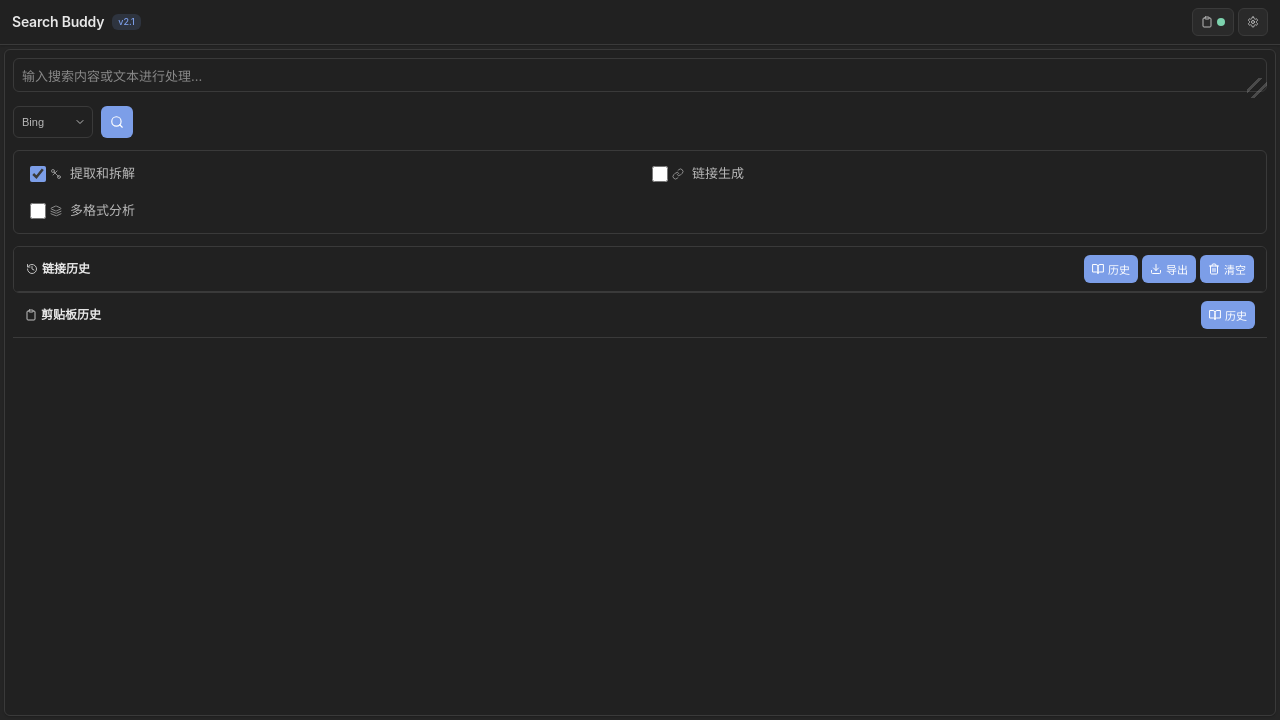
Repository: SantaChains/search-enhance
Page: src/popup/index.html
An editor plug-in stored every save of this project. The page is shown before and after the next save, followed by the edit.
The browser window is 1280 px wide. The pictures show the whole page.

Above is the page before, as saved 2026-01-24 15:07:27.

### src/popup/index.html
<!DOCTYPE html>
<html lang="zh-CN">
<head>
    <meta charset="UTF-8">
    <meta name="viewport" content="width=device-width, initial-scale=1.0">
    <title>Enhance Search Buddy</title>
    <link rel="stylesheet" href="new-style.css">
</head>
<body>
    <div class="app-container" id="resizable-container">
        <!-- 顶部导航栏 -->
        <header class="header">
            <div class="header-content">
                <h1>Search Buddy</h1>
                <span class="version-badge">v2.1</span>
            </div>
            <div class="header-actions">
                <button id="clipboard-btn" class="header-btn" title="剪贴板监控">
                    <svg xmlns="http://www.w3.org/2000/svg" width="16" height="16" viewBox="0 0 24 24" fill="none" stroke="currentColor" stroke-width="2" stroke-linecap="round" stroke-linejoin="round" class="lucide lucide-clipboard">
                        <rect width="8" height="4" x="8" y="2" rx="1" ry="1"/>
                        <path d="M16 4h2a2 2 0 0 1 2 2v14a2 2 0 0 1-2 2H6a2 2 0 0 1-2-2V6a2 2 0 0 1 2-2h2"/>
                    </svg>
                    <span class="clipboard-status"></span>
                </button>
                <button id="settings-btn" class="header-btn" title="设置">
                    <svg xmlns="http://www.w3.org/2000/svg" width="16" height="16" viewBox="0 0 24 24" fill="none" stroke="currentColor" stroke-width="2" stroke-linecap="round" stroke-linejoin="round" class="lucide lucide-settings">
                        <path d="M12.22 2h-.44a2 2 0 0 0-2 2v.18a2 2 0 0 1-1 1.73l-.43.25a2 2 0 0 1-2 0l-.15-.08a2 2 0 0 0-2.73.73l-.22.38a2 2 0 0 0 .73 2.73l.15.1a2 2 0 0 1 1 1.72v.51a2 2 0 0 1-1 1.74l-.15.09a2 2 0 0 0-.73 2.73l.22.38a2 2 0 0 0 2.73.73l.15-.08a2 2 0 0 1 2 0l.43.25a2 2 0 0 1 1 1.73V20a2 2 0 0 0 2 2h.44a2 2 0 0 0 2-2v-.18a2 2 0 0 1 1-1.73l.43-.25a2 2 0 0 1 2 0l.15.08a2 2 0 0 0 2.73-.73l.22-.39a2 2 0 0 0-.73-2.73l-.15-.08a2 2 0 0 1-1-1.74v-.5a2 2 0 0 1 1-1.74l.15-.09a2 2 0 0 0 .73-2.73l-.22-.38a2 2 0 0 0-2.73-.73l-.15.08a2 2 0 0 1-2 0l-.43-.25a2 2 0 0 1-1-1.73V4a2 2 0 0 0-2-2z"/>
                        <circle cx="12" cy="12" r="3"/>
                    </svg>
                </button>
            </div>
        </header>

        <!-- 主要内容区域 -->
        <main class="main-content">
            <!-- 搜索区域 -->
            <section class="search-section">
                <div class="search-input-container">
                    <textarea id="search-input" placeholder="输入搜索内容或文本进行处理..." rows="1"></textarea>
                    <div class="textarea-resize-handle"></div>
                </div>
                <div class="search-controls" id="search-controls">
                    <div class="engine-section">
                        <select id="engine-select"></select>
                    </div>
                    <button id="search-btn" class="search-btn">
                        <svg xmlns="http://www.w3.org/2000/svg" width="18" height="18" viewBox="0 0 24 24" fill="none" stroke="currentColor" stroke-width="2" stroke-linecap="round" stroke-linejoin="round" class="lucide lucide-search">
                            <circle cx="11" cy="11" r="8"/>
                            <path d="m21 21-4.3-4.3"/>
                        </svg>
                    </button>
                </div>
            </section>

            <!-- 功能开关 -->
            <section class="feature-switches">
                <div class="switch-container" data-switch="extract">
                    <input type="checkbox" id="switch-extract">
                    <label for="switch-extract">
                        <svg xmlns="http://www.w3.org/2000/svg" width="14" height="14" viewBox="0 0 24 24" fill="none" stroke="currentColor" stroke-width="2" stroke-linecap="round" stroke-linejoin="round" class="lucide lucide-scissors">
                            <circle cx="6" cy="6" r="3"/>
                            <circle cx="18" cy="18" r="3"/>
                            <path d="M8.12 8.12 18 18"/>
                            <path d="M8.12 8.12 18 18"/>
                            <path d="m6 14 8.12-8.12"/>
                        </svg>
                        提取和拆解
                    </label>
                </div>
                <div class="switch-container" data-switch="link-gen">
                    <input type="checkbox" id="switch-link-gen">
                    <label for="switch-link-gen">
                        <svg xmlns="http://www.w3.org/2000/svg" width="14" height="14" viewBox="0 0 24 24" fill="none" stroke="currentColor" stroke-width="2" stroke-linecap="round" stroke-linejoin="round" class="lucide lucide-link">
                            <path d="M10 13a5 5 0 0 0 7.54.54l3-3a5 5 0 0 0-7.07-7.07l-1.72 1.71"/>
                            <path d="M14 11a5 5 0 0 0-7.54-.54l-3 3a5 5 0 0 0 7.07 7.07l1.71-1.71"/>
                        </svg>
                        链接生成
                    </label>
                </div>
                <div class="switch-container" data-switch="multi-format">
                    <input type="checkbox" id="switch-multi-format">
                    <label for="switch-multi-format">
                        <svg xmlns="http://www.w3.org/2000/svg" width="14" height="14" viewBox="0 0 24 24" fill="none" stroke="currentColor" stroke-width="2" stroke-linecap="round" stroke-linejoin="round" class="lucide lucide-layers">
                            <path d="m12.83 2.18a2 2 0 0 0-1.66 0L2.6 6.08a1 1 0 0 0 0 1.83l8.58 3.91a2 2 0 0 0 1.66 0l8.58-3.9a1 1 0 0 0 0-1.83Z"/>
                            <path d="m22 12.5-8.58 3.9a2 2 0 0 1-1.66 0L2 12.5"/>
                            <path d="m22 17.5-8.58 3.9a2 2 0 0 1-1.66 0L2 17.5"/>
                        </svg>
                        多格式分析
                    </label>
                </div>
            </section>

            <!-- 提取和拆解功能区域 -->
            <section id="extract-container" class="result-panel">
                <h4>
                    <svg xmlns="http://www.w3.org/2000/svg" width="16" height="16" viewBox="0 0 24 24" fill="none" stroke="currentColor" stroke-width="2" stroke-linecap="round" stroke-linejoin="round" class="lucide lucide-scissors">
                        <circle cx="6" cy="6" r="3"/>
                        <circle cx="18" cy="18" r="3"/>
                        <path d="M8.12 8.12 18 18"/>
                        <path d="M8.12 8.12 18 18"/>
                        <path d="m6 14 8.12-8.12"/>
                    </svg>
                    提取和拆解结果
                </h4>

                <!-- 路径转换工具 -->
                <div id="path-conversion-tool" style="display:none;">
                    <div class="tool-header">
                        <h5>
                            <svg xmlns="http://www.w3.org/2000/svg" width="14" height="14" viewBox="0 0 24 24" fill="none" stroke="currentColor" stroke-width="2" stroke-linecap="round" stroke-linejoin="round" class="lucide lucide-folder">
                                <path d="M4 20h16a2 2 0 0 0 2-2V8a2 2 0 0 0-2-2h-7.93a2 2 0 0 1-1.66-.9l-.82-1.2A2 2 0 0 0 7.93 3H4a2 2 0 0 0-2 2v13c0 1.1.9 2 2 2Z"/>
                            </svg>
                            路径转换
                        </h5>
                        <label>
                            <input type="checkbox" id="path-quote-checkbox">
                            使用引号包裹
                        </label>
                    </div>
                    <div id="path-conversion-result"></div>
                </div>

                <!-- 链接提取结果 -->
                <div id="link-extraction-result" style="display:none;"></div>

                <!-- 文本拆分工具 -->
                <div id="text-splitting-tool" style="display:none;">
                    <div class="split-controls">
                        <select id="split-delimiter-select">
                            <option value="auto" title="智能分析：根据内容类型自动选择最适合的分隔方式，支持列表、代码、包裹内容等复杂场景">智能分析</option>
                            <option value="mixed-sentence" title="中英混合：按语言边界智能拆分，中文部分用中文规则，英文部分用英文规则">中英混合</option>
                            <option value="zh-sentence" title="中文句子：按中文标点（。！？；）拆分句子，长句按逗号、顿号拆分并过滤虚词">中文句子</option>
                            <option value="zh-word" title="中文分词：基于正向最大匹配算法，将中文文本拆分为有意义的词语序列">中文分词</option>
                            <option value="en-sentence" title="英文句子：按句号、感叹号、问号拆分英文句子，长句子会按逗号进一步拆分">英文句子</option>
                            <option value="code-naming" title="代码命名：识别驼峰、蛇形、串式命名法，拆分函数名和变量名为基础语义单元">代码命名</option>
                            <option value="list-items" title="列表项目：提取有序列表（1. 一、 ①）和无序列表（- * •）的内容，自动过滤序号标记">列表项目</option>
                            <option value="wrapped-content" title="包裹内容：提取引号、括号、书名号等包裹符号内的内容，支持中英文标点">包裹内容</option>
                            <option value="space" title="空格分隔：按空格拆分单词，适合英文文本的基础分词">空格分隔</option>
                            <option value="newline" title="换行分隔：按换行符拆分，适合处理多行文本内容">换行分隔</option>
                            <option value="punctuation" title="标点分隔：按中英文标点符号拆分，获取基础文本片段">标点分隔</option>
                            <option value="word" title="单词分隔：按非字母数字字符拆分，提取纯单词内容">单词分隔</option>
                        </select>
                        <div class="multi-rule-container">
                            <label class="multi-rule-label">
                                <input type="checkbox" id="enable-multi-rules">
                                多规则组合
                            </label>
                            <div id="multi-rule-selection" style="display:none;">
                                <div class="rule-checkboxes">
                                    <label><input type="checkbox" value="list-items"> 列表项目</label>
                                    <label><input type="checkbox" value="code-naming"> 代码命名</label>
                                    <label><input type="checkbox" value="wrapped-content"> 包裹内容</label>
                                    <label><input type="checkbox" value="mixed-sentence"> 中英混合</label>
                                </div>
                            </div>
                        </div>
                        <button id="refresh-split-btn">
                            <svg xmlns="http://www.w3.org/2000/svg" width="14" height="14" viewBox="0 0 24 24" fill="none" stroke="currentColor" stroke-width="2" stroke-linecap="round" stroke-linejoin="round" class="lucide lucide-refresh-cw">
                                <path d="M3 12a9 9 0 0 1 9-9 9.75 9.75 0 0 1 6.74 2.74L21 8"/>
                                <path d="M21 3v5h-5"/>
                                <path d="M21 12a9 9 0 0 1-9 9 9.75 9.75 0 0 1-6.74-2.74L3 16"/>
                                <path d="M3 21v-5h5"/>
                            </svg>
                            刷新拆分
                        </button>
                    </div>
                    <div class="copy-options">
                        <label><input type="checkbox" id="select-all-checkbox"> 全选</label>
                        <label><input type="checkbox" id="copy-opt-space"> 空格分隔</label>
                        <label><input type="checkbox" id="copy-opt-newline"> 换行分隔</label>
                        <label><input type="checkbox" id="copy-opt-tab"> 制表符分隔</label>
                    </div>
                    <div id="split-output-container"></div>
                    <button id="copy-selected-btn">
                        <svg xmlns="http://www.w3.org/2000/svg" width="14" height="14" viewBox="0 0 24 24" fill="none" stroke="currentColor" stroke-width="2" stroke-linecap="round" stroke-linejoin="round" class="lucide lucide-copy">
                            <rect width="14" height="14" x="8" y="8" rx="2" ry="2"/>
                            <path d="M4 16c-1.1 0-2-.9-2-2V4c0-1.1.9-2 2-2h10c1.1 0 2 .9 2 2"/>
                        </svg>
                        复制选中项
                    </button>
                </div>
            </section>

            <!-- 链接生成功能区域 -->
            <section id="link-gen-container" class="result-panel">
                <h4>
                    <svg xmlns="http://www.w3.org/2000/svg" width="16" height="16" viewBox="0 0 24 24" fill="none" stroke="currentColor" stroke-width="2" stroke-linecap="round" stroke-linejoin="round" class="lucide lucide-link">
                        <path d="M10 13a5 5 0 0 0 7.54.54l3-3a5 5 0 0 0-7.07-7.07l-1.72 1.71"/>
                        <path d="M14 11a5 5 0 0 0-7.54-.54l-3 3a5 5 0 0 0 7.07 7.07l1.71-1.71"/>
                    </svg>
                    链接生成结果
                </h4>
                <div id="link-gen-result"></div>
            </section>

            <!-- 多格式分析功能区域 -->
            <section id="multi-format-container" class="result-panel">
                <h4>
                    <svg xmlns="http://www.w3.org/2000/svg" width="16" height="16" viewBox="0 0 24 24" fill="none" stroke="currentColor" stroke-width="2" stroke-linecap="round" stroke-linejoin="round" class="lucide lucide-layers">
                        <path d="m12.83 2.18a2 2 0 0 0-1.66 0L2.6 6.08a1 1 0 0 0 0 1.83l8.58 3.91a2 2 0 0 0 1.66 0l8.58-3.9a1 1 0 0 0 0-1.83Z"/>
                        <path d="m22 12.5-8.58 3.9a2 2 0 0 1-1.66 0L2 12.5"/>
                        <path d="m22 17.5-8.58 3.9a2 2 0 0 1-1.66 0L2 17.5"/>
                    </svg>
                    多格式分析
                </h4>
                <div class="multi-format-controls">
                    <button class="format-btn" id="back-to-previous">回到上一次处理结果</button>
                </div>
                <div class="multi-format-buttons">
                    <button class="format-btn" data-action="remove-chinese">去除中文和中文符号</button>
                    <button class="format-btn" data-action="remove-non-url-chars">去除非url字符</button>
                    <button class="format-btn" data-action="remove-spaces">去除空格</button>
                    <button class="format-btn" data-action="convert-to-url-chars">非URL符号转URL符号</button>
                    <button class="format-btn" data-action="convert-period">。转.符号</button>
                    <button class="format-btn" data-action="convert-slash-to-backslash">/转\</button>
                    <button class="format-btn" data-action="convert-backslash-to-slash">\转/</button>
                    <button class="format-btn" data-action="convert-slash-to-double">/转//</button>
                    <button class="format-btn" data-action="convert-backslash-to-double">\转\\</button>
                </div>
                <div class="processing-result">
                    <div class="result-header">
                        <span>处理结果</span>
                        <div class="result-actions">
                            <button class="result-btn" id="copy-result-btn">复制结果</button>
                            <button class="result-btn" id="search-result-btn">搜索结果</button>
                        </div>
                    </div>
                    <div class="result-content" id="multi-format-result">
                        <div class="original-text" id="original-text">请在输入框中输入文本，然后点击下方按钮进行处理</div>
                    </div>
                </div>
            </section>

            <!-- 链接历史区域 -->
            <section class="history-section">
                <div class="section-header">
                    <h3>
                        <svg xmlns="http://www.w3.org/2000/svg" width="16" height="16" viewBox="0 0 24 24" fill="none" stroke="currentColor" stroke-width="2" stroke-linecap="round" stroke-linejoin="round" class="lucide lucide-history">
                            <path d="M3 12a9 9 0 1 0 9-9 9.75 9.75 0 0 0-6.74 2.74L3 8"/>
                            <path d="M3 3v5h5"/>
                            <path d="M12 7v5l4 2"/>
                        </svg>
                        链接历史
                    </h3>
                    <div class="history-controls">
                        <button id="show-history-btn" class="btn-sm">
                            <svg xmlns="http://www.w3.org/2000/svg" width="14" height="14" viewBox="0 0 24 24" fill="none" stroke="currentColor" stroke-width="2" stroke-linecap="round" stroke-linejoin="round" class="lucide lucide-book-open">
                                <path d="M2 3h6a4 4 0 0 1 4 4v14a3 3 0 0 0-3-3H2z"/>
                                <path d="M22 3h-6a4 4 0 0 0-4 4v14a3 3 0 0 1 3-3h7z"/>
                            </svg>
                            历史
                        </button>
                        <button id="export-history-btn" class="btn-sm">
                            <svg xmlns="http://www.w3.org/2000/svg" width="14" height="14" viewBox="0 0 24 24" fill="none" stroke="currentColor" stroke-width="2" stroke-linecap="round" stroke-linejoin="round" class="lucide lucide-download">
                                <path d="M21 15v4a2 2 0 0 1-2 2H5a2 2 0 0 1-2-2v-4"/>
                                <polyline points="7 10 12 15 17 10"/>
                                <line x1="12" x2="12" y1="15" y2="3"/>
                            </svg>
                            导出
                        </button>
                        <button id="clear-history-btn" class="btn-sm">
                            <svg xmlns="http://www.w3.org/2000/svg" width="14" height="14" viewBox="0 0 24 24" fill="none" stroke="currentColor" stroke-width="2" stroke-linecap="round" stroke-linejoin="round" class="lucide lucide-trash-2">
                                <path d="M3 6h18"/>
                                <path d="M19 6v14c0 1-1 2-2 2H7c-1 0-2-1-2-2V6"/>
                                <path d="M8 6V4c0-1 1-2 2-2h4c1 0 2 1 2 2v2"/>
                                <line x1="10" x2="10" y1="11" y2="17"/>
                                <line x1="14" x2="14" y1="11" y2="17"/>
                            </svg>
                            清空
                        </button>
                    </div>
                </div>
                <div id="history-container" style="display:none;">
                    <div class="history-filter">
                        <input type="text" id="history-search" placeholder="搜索历史..." />
                        <div class="filter-tabs">
                            <button class="filter-tab active" data-filter="all">全部</button>
                            <button class="filter-tab" data-filter="github">GitHub</button>
                            <button class="filter-tab" data-filter="other">其他</button>
                        </div>
                    </div>
                    <div id="history-list"></div>
                </div>
            </section>

            <!-- 剪贴板历史区域 -->
            <section class="clipboard-section">
                <div class="section-header">
                    <h3>
                        <svg xmlns="http://www.w3.org/2000/svg" width="16" height="16" viewBox="0 0 24 24" fill="none" stroke="currentColor" stroke-width="2" stroke-linecap="round" stroke-linejoin="round" class="lucide lucide-clipboard">
                            <rect width="8" height="4" x="8" y="2" rx="1" ry="1"/>
                            <path d="M16 4h2a2 2 0 0 1 2 2v14a2 2 0 0 1-2 2H6a2 2 0 0 1-2-2V6a2 2 0 0 1 2-2h2"/>
                        </svg>
                        剪贴板历史
                    </h3>
                    <div class="clipboard-controls">
                        <button id="show-clipboard-history-btn" class="btn-sm">
                            <svg xmlns="http://www.w3.org/2000/svg" width="14" height="14" viewBox="0 0 24 24" fill="none" stroke="currentColor" stroke-width="2" stroke-linecap="round" stroke-linejoin="round" class="lucide lucide-book-open">
                                <path d="M2 3h6a4 4 0 0 1 4 4v14a3 3 0 0 0-3-3H2z"/>
                                <path d="M22 3h-6a4 4 0 0 0-4 4v14a3 3 0 0 1 3-3h7z"/>
                            </svg>
                            历史
                        </button>
                    </div>
                </div>
                <div id="clipboard-history-container" style="display:none;">
                    <!-- 批量操作工具栏 -->
                    <div class="batch-toolbar" style="display:none;">
                        <button id="select-all-clipboard-btn" class="btn-sm">全选</button>
                        <button id="deselect-all-clipboard-btn" class="btn-sm">取消全选</button>
                        <button id="delete-selected-clipboard-btn" class="btn-sm">删除选中</button>
                        <button id="copy-selected-clipboard-btn" class="btn-sm">复制选中</button>
                    </div>
                    <!-- 批量操作切换按钮 -->
                    <div class="batch-toggle">
                        <button id="batch-operations-btn" class="btn-sm">批量操作</button>
                    </div>
                    <div id="clipboard-history-list"></div>
                </div>
            </section>
        </main>
    </div>

    <script src="main.js" type="module"></script>
</body>
</html>

Loaded but not shown: src/popup/main.js (1835 lines, source omitted); src/utils/textProcessor.js (980 lines, source omitted); src/utils/storage.js (422 lines, source omitted); src/popup/new-style.css (1547 lines, source omitted)

After the next save:
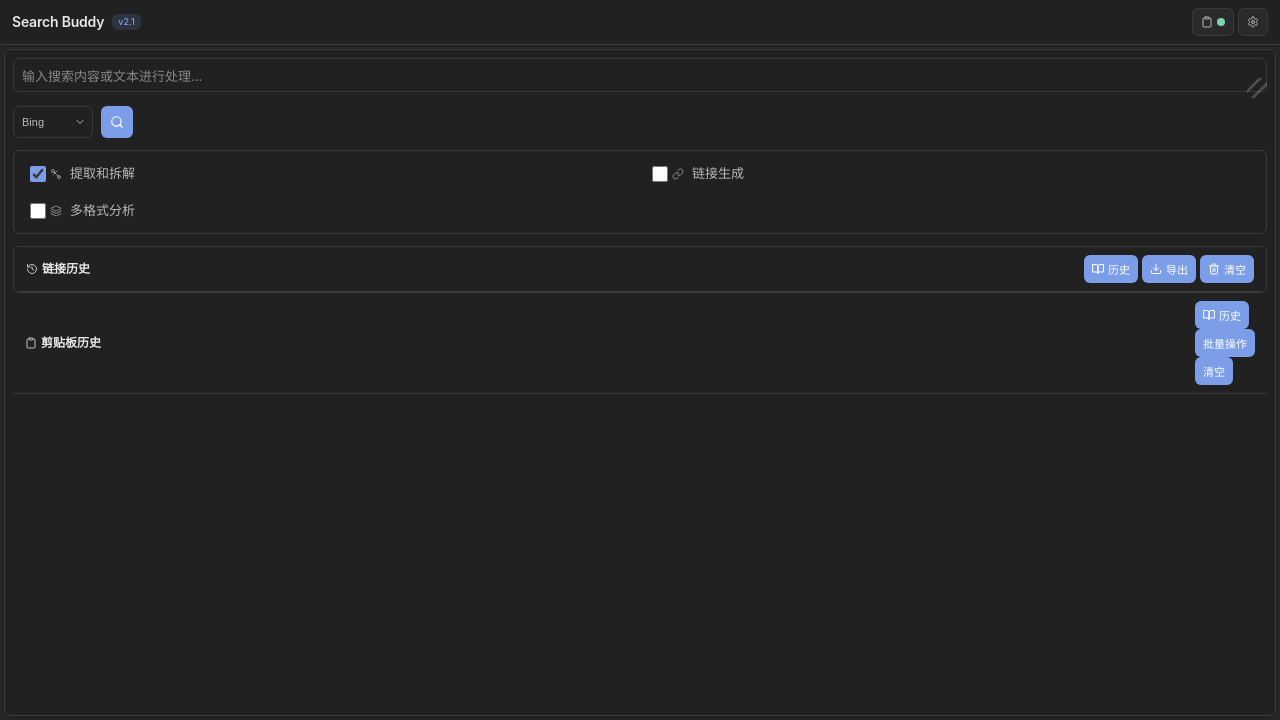
Saved 8 min 30 s later.
--- a/src/popup/index.html
+++ b/src/popup/index.html
@@ -301,20 +301,17 @@
                             </svg>
                             历史
                         </button>
+                        <button id="batch-operations-btn" class="btn-sm">批量操作</button>
+                        <button id="clear-clipboard-history-btn" class="btn-sm">清空</button>
+                        <!-- 批量操作工具栏 -->
+                        <div class="batch-toolbar" style="display:none;">
+                            <button id="select-all-clipboard-btn" class="btn-sm">全选</button>
+                            <button id="delete-selected-clipboard-btn" class="btn-sm">删除</button>
+                            <button id="copy-selected-clipboard-btn" class="btn-sm">复制</button>
+                        </div>
                     </div>
                 </div>
                 <div id="clipboard-history-container" style="display:none;">
-                    <!-- 批量操作工具栏 -->
-                    <div class="batch-toolbar" style="display:none;">
-                        <button id="select-all-clipboard-btn" class="btn-sm">全选</button>
-                        <button id="deselect-all-clipboard-btn" class="btn-sm">取消全选</button>
-                        <button id="delete-selected-clipboard-btn" class="btn-sm">删除选中</button>
-                        <button id="copy-selected-clipboard-btn" class="btn-sm">复制选中</button>
-                    </div>
-                    <!-- 批量操作切换按钮 -->
-                    <div class="batch-toggle">
-                        <button id="batch-operations-btn" class="btn-sm">批量操作</button>
-                    </div>
                     <div id="clipboard-history-list"></div>
                 </div>
             </section>
